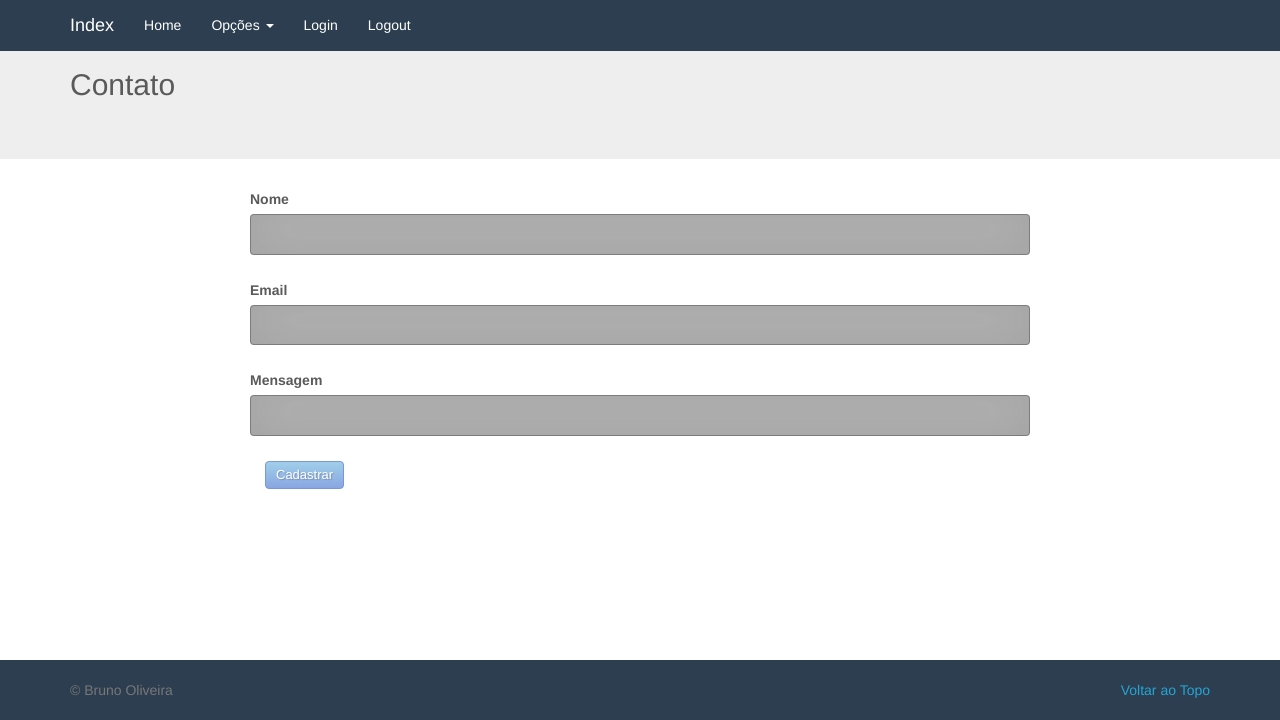
Repository: brunoOliveira12/Fatec
Page: http://localhost/phpmail/View/contato.php
These files come from the project's save history. The page is drawn as it stood at one moment and after the next save; the edit follows.
The browser window is 1280 px wide. The pictures show the whole page.
The page is run by PHP 8.4 with error messages shown; the project is at /var/www/html/. The session is filled in as if someone had signed in: {"autenticado": "false", "email": "test@example.com", "senha": 1}. Other server files are loaded and not shown.

Above is the page before, as saved 2019-06-08 13:54:46.

### php/cantina/CRUDPHP/View/contato.php
<!DOCTYPE html>
<html lang="pt-br">
    <head>
        <meta charset="utf-8">
        <meta http-equiv="X-UA-Compatible" content="IE=edge">
        <meta name="viewport" content="width=device-width, initial-scale=1">
        <meta name="description" content="">
        <meta name="author" content="">
        <link rel="icon" href="../../favicon.ico">
        <title>Cadastro</title>
        <link href="css/bootstrap.css" rel="stylesheet">
        <link href="css/estilo.css" rel="stylesheet">
    </head>
    <body>
    <?php
        include_once('menu.php');
    ?>
        <div class="jumbotron">
            <div class="container">
                <h2>Contato</h2>
            </div>
        </div>
        <div class="contact-section">
            <div class="container">
                <div class="row">
                    <div class="col-md-8 col-md-offset-2">
                        <form class="form-horizontal" action="../Controller/ContatoController.php" method="POST">
                            <div class="form-group">
                                <label for="nome">Nome</label>
                                <input name="nome" type="text" required>
                            </div>
                            <div class="form-group">
                                <label for="email">Email</label>
                                <input name="email" type="email" required>
                            </div>
                            <div class="form-group">
                                <label for="mensagem">Mensagem</label>
                                <input name="mensagem" type="text" required>
                            </div>
                            <?php
                            session_start();

                            if ($_SESSION['autenticado'] == 'false') {
                                echo '<button class="btn btn-primary" disabled>Cadastrar</button>';
                            } else {
                                echo '<button type = "submit" class = "btn btn-primary" name = "cadastrar" id = "cadastrar">Enviar</button>';
                            }
                            ?>
                        </form>
                    </div>
                </div>
            </div>
        </div>
        <!-- Fim contatos -->
        <!-- FOOTER -->
        <footer class="footer">
            <div class="container">
                <p class="text-muted pull-left">&copy; Bruno Oliveira</p>
                <p class="text-muted pull-right"><a href="#">Voltar ao Topo</a></p>
            </div>
        </footer>

        <!-- Bootstrap core JavaScript
        ================================================== -->
        <!-- Placed at the end of the document so the pages load faster -->
        <script src="https://ajax.googleapis.com/ajax/libs/jquery/1.12.4/jquery.min.js"></script>
        <script>window.jQuery || document.write('<script src="js/vendor/jquery.min.js"><\/script>')</script>
        <script src="js/bootstrap.min.js"></script>
        <!-- IE10 viewport hack for Surface/desktop Windows 8 bug -->
        <script src="js/ie10-viewport-bug-workaround.js"></script>
    </body>
</html>

### php/cantina/CRUDPHP/View/menu.php
<nav class="navbar navbar-default navbar-fixed-top">
            <div class="container">
                <div class="navbar-header">
                    <button type="button" class="navbar-toggle collapsed" data-toggle="collapse" data-target="#navbar" aria-expanded="false" aria-controls="navbar">
                        <span class="sr-only">Toggle navigation</span>
                        <span class="icon-bar"></span>
                        <span class="icon-bar"></span>
                        <span class="icon-bar"></span>
                    </button>
                    <a class="navbar-brand" href="index.php">Index</a>
                </div>
                <div id="navbar" class="navbar-collapse collapse">
                    <ul class="nav navbar-nav">
                        <li class="active"><a href="index.php">Home</a></li>
                        <li class="dropdown">
                            <a href="#" class="dropdown-toggle" data-toggle="dropdown" role="button" aria-haspopup="true" aria-expanded="false">Opções <span class="caret"></span></a>
                            <ul class="dropdown-menu">
                                <li class="dropdown-header">Cadastros</li>
                                <li><a href="cadastro.php">Usuário</a></li>
                                <li><a href="cadastroPortifolio.php">Portifolio</a></li>
                                <li role="separator" class="divider"></li>
                                <li class="dropdown-header">Listas</li>
                                <li><a href="consulta.php">Usuário</a></li>
                                <li><a href="consultaPortifolio.php">Portifolio</a></li>
                            </ul>
                        </li> <!-- fim dropdown -->
                        <li><a href="login.php">Login</a></li>
                        <li><a href="logout.php">Logout</a></li>
                    </ul>
                </div><!--/.nav-collapse -->
            </div>
</nav>

### php/cantina/CRUDPHP/View/css/estilo.css
/* inicio carousel
-------------------------------------------------- */
/* Padding below the footer and lighter body text */

body {
  padding-bottom: 40px;
  color: #5a5a5a;
}


/* CUSTOMIZE THE NAVBAR
-------------------------------------------------- */

/* Special class on .container surrounding .navbar, used for positioning it into place. */
.navbar-wrapper {
  position: absolute;
  top: 0;
  right: 0;
  left: 0;
  z-index: 20;
}

/* Flip around the padding for proper display in narrow viewports */
.navbar-wrapper > .container {
  padding-right: 0;
  padding-left: 0;
}
.navbar-wrapper .navbar {
  padding-right: 15px;
  padding-left: 15px;
}
.navbar-wrapper .navbar .container {
  width: auto;
}


/* CUSTOMIZE THE CAROUSEL
-------------------------------------------------- */

/* Carousel base class */
.carousel {
  height: 500px;
  margin-bottom: 60px;
}
/* Since positioning the image, we need to help out the caption */
.carousel-caption {
  z-index: 10;
}

/* Declare heights because of positioning of img element */
.carousel .item {
  height: 500px;
  background-color: #777;
}
.carousel-inner > .item > img {
  position: absolute;
  top: 0;
  left: 0;
  min-width: 100%;
  height: 500px;
}


/* MARKETING CONTENT
-------------------------------------------------- */

/* Center align the text within the three columns below the carousel */
.marketing .col-lg-4 {
  margin-bottom: 20px;
  text-align: center;
}
.marketing h2 {
  font-weight: normal;
}
.marketing .col-lg-4 p {
  margin-right: 10px;
  margin-left: 10px;
}


/* Featurettes
------------------------- */

.featurette-divider {
  margin: 80px 0; /* Space out the Bootstrap <hr> more */
}

/* Thin out the marketing headings */
.featurette-heading {
  font-weight: 300;
  line-height: 1;
  letter-spacing: -1px;
}


/* RESPONSIVE CSS
-------------------------------------------------- */

@media (min-width: 768px) {
  /* Navbar positioning foo */
  .navbar-wrapper {
    margin-top: 20px;
  }
  .navbar-wrapper .container {
    padding-right: 15px;
    padding-left: 15px;
  }
  .navbar-wrapper .navbar {
    padding-right: 0;
    padding-left: 0;
  }

  /* The navbar becomes detached from the top, so we round the corners */
  .navbar-wrapper .navbar {
    border-radius: 4px;
  }

  /* Bump up size of carousel content */
  .carousel-caption p {
    margin-bottom: 20px;
    font-size: 21px;
    line-height: 1.4;
  }

  .featurette-heading {
    font-size: 50px;
  }
}

@media (min-width: 992px) {
  .featurette-heading {
    margin-top: 120px;
  }
}
/* --------------------------------------------- fim carousel ----------------------------------------------------------- */



/* ---------------------------------------------- inicio contatos --------------------------------------------------------- */

a{
	color:#26a5d3;
}
a:hover,a:focus{
	text-decoration:none;
	color:#26a5d3;
}

#contact{
	background:#333333;
	color:#f4f4f4;
	padding-bottom:80px;
}

textarea.form-control{
    height:100px;
}

/* --------------------------------------- fim contatos ------------------------------------------------------------- */


/* Sticky footer styles
-------------------------------------------------- */
html {
  position: relative;
  min-height: 100%;
}
body {
  /* Margin bottom by footer height */
  margin-bottom: 60px;
}
.footer {
  position: absolute;
  bottom: 0;
  width: 100%;
  /* Set the fixed height of the footer here */
  height: 60px;
  background-color:#2c3e50;
}
.footer div,h3{
   background-color:#2c3e50;
   color:#FFF;
}
.footer h3{
   text-align:center;
}
.text-muted {
  margin: 20px 0;
}
/*--------------------------------------- tela de login  -----------------------------------------------------*/
.btn { display: inline-block; *display: inline; *zoom: 1; padding: 4px 10px 4px; margin-bottom: 0; font-size: 13px; line-height: 18px; color: #333333; text-align: center;text-shadow: 0 1px 1px rgba(255, 255, 255, 0.75); vertical-align: middle; background-color: #f5f5f5; background-image: -moz-linear-gradient(top, #ffffff, #e6e6e6); background-image: -ms-linear-gradient(top, #ffffff, #e6e6e6); background-image: -webkit-gradient(linear, 0 0, 0 100%, from(#ffffff), to(#e6e6e6)); background-image: -webkit-linear-gradient(top, #ffffff, #e6e6e6); background-image: -o-linear-gradient(top, #ffffff, #e6e6e6); background-image: linear-gradient(top, #ffffff, #e6e6e6); background-repeat: repeat-x; filter: progid:dximagetransform.microsoft.gradient(startColorstr=#ffffff, endColorstr=#e6e6e6, GradientType=0); border-color: #e6e6e6 #e6e6e6 #e6e6e6; border-color: rgba(0, 0, 0, 0.1) rgba(0, 0, 0, 0.1) rgba(0, 0, 0, 0.25); border: 1px solid #e6e6e6; -webkit-border-radius: 4px; -moz-border-radius: 4px; border-radius: 4px; -webkit-box-shadow: inset 0 1px 0 rgba(255, 255, 255, 0.2), 0 1px 2px rgba(0, 0, 0, 0.05); -moz-box-shadow: inset 0 1px 0 rgba(255, 255, 255, 0.2), 0 1px 2px rgba(0, 0, 0, 0.05); box-shadow: inset 0 1px 0 rgba(255, 255, 255, 0.2), 0 1px 2px rgba(0, 0, 0, 0.05); cursor: pointer; *margin-left: .3em; }
.btn:hover, .btn:active, .btn.active, .btn.disabled, .btn[disabled] { background-color: #e6e6e6; }
.btn-large { padding: 9px 14px; font-size: 15px; line-height: normal; -webkit-border-radius: 5px; -moz-border-radius: 5px; border-radius: 5px; }
.btn:hover { color: #333333; text-decoration: none; background-color: #e6e6e6; background-position: 0 -15px; -webkit-transition: background-position 0.1s linear; -moz-transition: background-position 0.1s linear; -ms-transition: background-position 0.1s linear; -o-transition: background-position 0.1s linear; transition: background-position 0.1s linear; }
.btn-primary, .btn-primary:hover { text-shadow: 0 -1px 0 rgba(0, 0, 0, 0.25); color: #ffffff; }
.btn-primary.active { color: rgba(255, 255, 255, 0.75); }
.btn-primary { background-color: #4a77d4; background-image: -moz-linear-gradient(top, #6eb6de, #4a77d4); background-image: -ms-linear-gradient(top, #6eb6de, #4a77d4); background-image: -webkit-gradient(linear, 0 0, 0 100%, from(#6eb6de), to(#4a77d4)); background-image: -webkit-linear-gradient(top, #6eb6de, #4a77d4); background-image: -o-linear-gradient(top, #6eb6de, #4a77d4); background-image: linear-gradient(top, #6eb6de, #4a77d4); background-repeat: repeat-x; filter: progid:dximagetransform.microsoft.gradient(startColorstr=#6eb6de, endColorstr=#4a77d4, GradientType=0);  border: 1px solid #3762bc; text-shadow: 1px 1px 1px rgba(0,0,0,0.4); box-shadow: inset 0 1px 0 rgba(255, 255, 255, 0.2), 0 1px 2px rgba(0, 0, 0, 0.5); }
.btn-primary:hover, .btn-primary:active, .btn-primary.active, .btn-primary.disabled, .btn-primary[disabled] { filter: none; background-color: #4a77d4; }
.btn-block { width: 100%; display:block; }

* { -webkit-box-sizing:border-box; -moz-box-sizing:border-box; -ms-box-sizing:border-box; -o-box-sizing:border-box; box-sizing:border-box; }
.bodyLogin {
    width: 100%;
	height:100%;
	font-family: 'Open Sans', sans-serif;
	background: #5a5a5a;

}
.login {
	position: absolute;
	top: 50%;
	left: 50%;
	margin: -150px 0 0 -150px;
	width:300px;
	height:300px;
}
.login h1 { color: #fff; text-shadow: 0 0 10px rgba(0,0,0,0.3); letter-spacing:1px; text-align:center; }

input {
	width: 100%;
	margin-bottom: 10px;
	background: rgba(0,0,0,0.3);
	border: none;
	outline: none;
	padding: 10px;
	font-size: 13px;
	color: #fff;
	text-shadow: 1px 1px 1px rgba(0,0,0,0.3);
	border: 1px solid rgba(0,0,0,0.3);
	border-radius: 4px;
	box-shadow: inset 0 -5px 45px rgba(100,100,100,0.2), 0 1px 1px rgba(255,255,255,0.2);
	-webkit-transition: box-shadow .5s ease;
	-moz-transition: box-shadow .5s ease;
	-o-transition: box-shadow .5s ease;
	-ms-transition: box-shadow .5s ease;
	transition: box-shadow .5s ease;
}
input:focus { box-shadow: inset 0 -5px 45px rgba(100,100,100,0.4), 0 1px 1px rgba(255,255,255,0.2); }

Loaded but not shown: php/cantina/CRUDPHP/View/css/bootstrap.css (library); php/cantina/CRUDPHP/View/js/bootstrap.min.js (library)

After the next save:
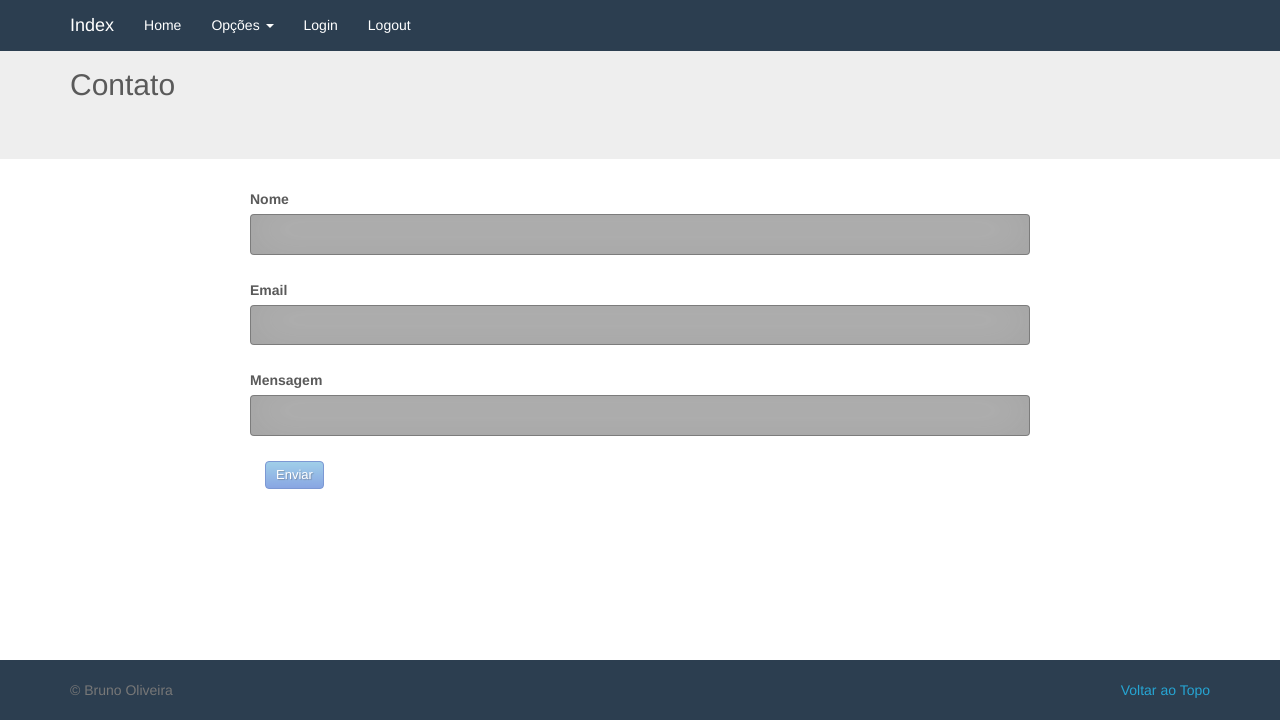
Saved 8 s later.
--- a/php/cantina/CRUDPHP/View/contato.php
+++ b/php/cantina/CRUDPHP/View/contato.php
@@ -41,9 +41,9 @@
                             session_start();
 
                             if ($_SESSION['autenticado'] == 'false') {
-                                echo '<button class="btn btn-primary" disabled>Cadastrar</button>';
+                                echo '<button class="btn btn-primary" disabled>Enviar</button>';
                             } else {
-                                echo '<button type = "submit" class = "btn btn-primary" name = "cadastrar" id = "cadastrar">Enviar</button>';
+                                echo '<button type = "submit" class = "btn btn-primary" name = "cadastrar" id = "contato">Enviar</button>';
                             }
                             ?>
                         </form>
